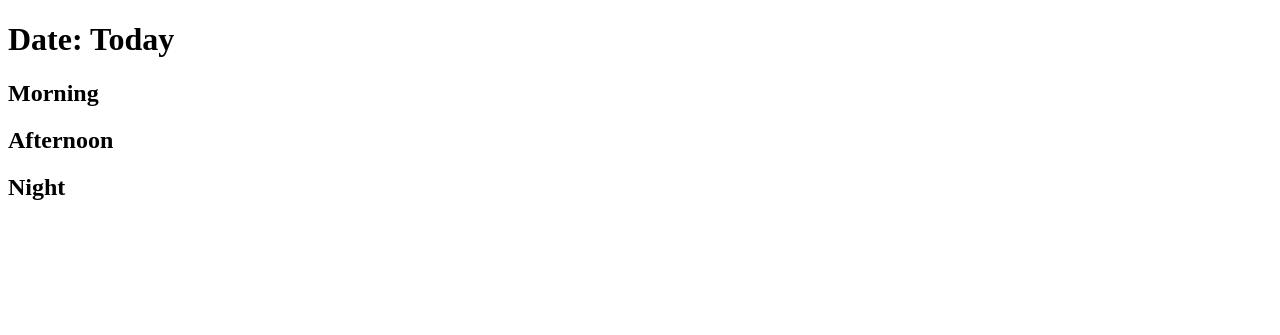
Repository: chocochocosensei/Mission-Exercises
Page: page2/index.html
These files come from the project's save history. The page is drawn as it stood at one moment and after the next save; the edit follows.
The browser window is 1280 px wide. The pictures show the whole page.

Above is the page before, as saved 2020-03-09 13:19:07.

### page2/index.html
<!DOCTYPE html>
<html lang="en">
<head>
    <meta charset="UTF-8">
    <meta name="viewport" content="width=device-width, initial-scale=1.0">
    <title>My Diary</title>
</head>
<body>
    <header>
    <h1>Date: Today</h1>
    <p></p>
    <p></p>
    </header>
    <div class="">
        <h2>Morning</h2>
        <p></p>
        <p></p>
    </div>
    <div class="">
        <h2>Afternoon</h2>
    </div>
    <div class="">
        <h2>Night</h2>
        <p></p>
        <p></p>
    </div>
</body>
</html>

After the next save:
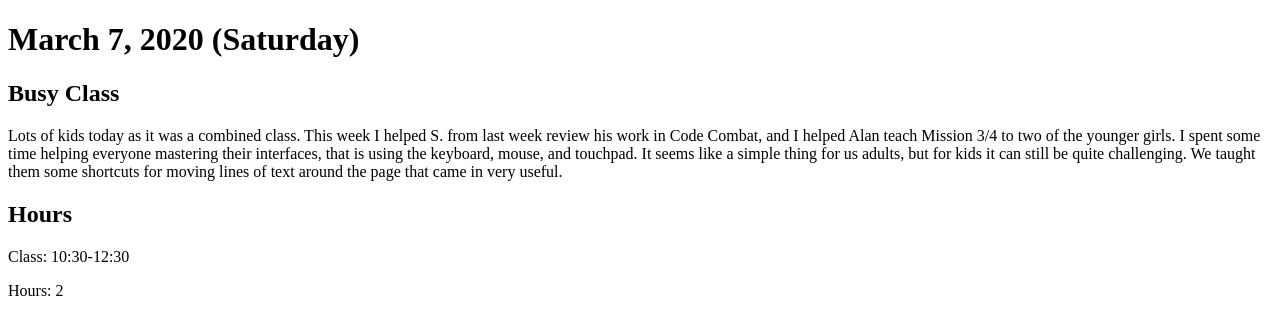
Saved 14 s later.
--- a/page2/index.html
+++ b/page2/index.html
@@ -1,28 +1,30 @@
 <!DOCTYPE html>
 <html lang="en">
+
 <head>
     <meta charset="UTF-8">
     <meta name="viewport" content="width=device-width, initial-scale=1.0">
     <title>My Diary</title>
 </head>
+
 <body>
     <header>
-    <h1>Date: Today</h1>
-    <p></p>
-    <p></p>
-    </header>
-    <div class="">
-        <h2>Morning</h2>
+        <h1 id="march-7-2020-saturday" data-line="0" class="code-line">March 7, 2020 (Saturday)</h1>
         <p></p>
         <p></p>
+    </header>
+
+    <div class="section-title">
+        <h2 id="busy-class" data-line="2" class="code-line">Busy Class</h2>
+        <p data-line="4" class="code-line">Lots of kids today as it was a combined class. This week I helped S. from last week review his work in Code Combat, and I helped Alan teach Mission 3/4 to two of the younger girls. I spent some time helping everyone mastering their interfaces,
+            that is using the keyboard, mouse, and touchpad. It seems like a simple thing for us adults, but for kids it can still be quite challenging. We taught them some shortcuts for moving lines of text around the page that came in very useful.</p>
     </div>
+
     <div class="">
-        <h2>Afternoon</h2>
-    </div>
-    <div class="">
-        <h2>Night</h2>
-        <p></p>
-        <p></p>
+        <h2 id="hours" data-line="6" class="code-line">Hours</h2>
+        <p data-line="8" class="code-line">Class: 10:30-12:30</p>
+        <p data-line="10" class="code-line">Hours: 2</p>
     </div>
 </body>
+
 </html>
